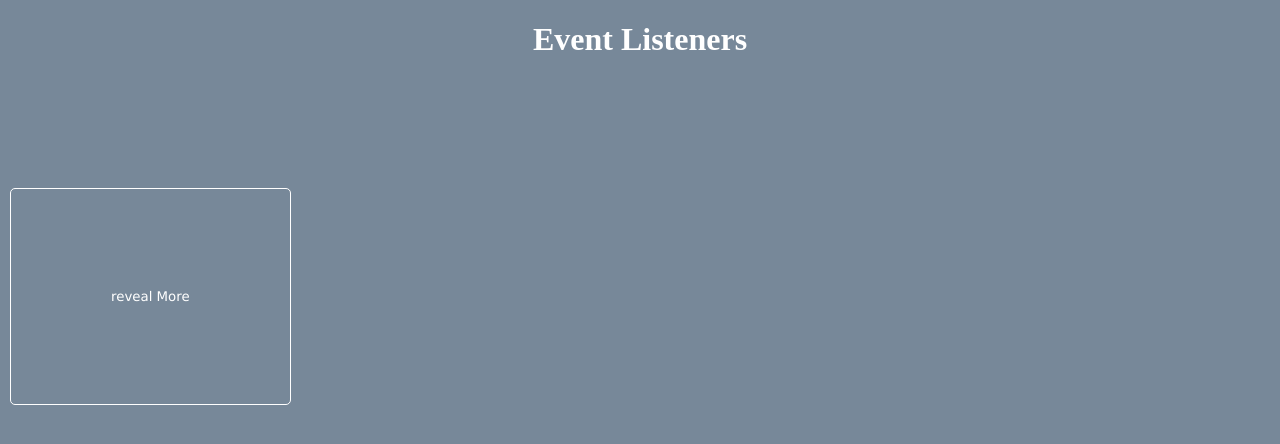
Repository: wakoya-tech/react-project
Page: Desktop/shaakala/aye/index.html
The author's editor kept a copy of each file at every save. The page is drawn from the files as they stood at one save, then again after the next save.
The browser window is 1280 px wide. The pictures show the whole page.

Above is the page before, as saved 2025-08-29 15:15:44.

### Desktop/shaakala/aye/index.html
<!DOCTYPE html>
<html lang="en">
<head>
    <meta charset="UTF-8">
    <meta name="viewport" content="width=device-width, initial-scale=1.0">
    <title>Master Dom Manipulation</title>
</head>
<style>
    body{
        background-color: lightslategrey;
        padding: 0;
        margin: 0;
        color: white;
    }
.container{
    /*border: 1px solid white ;
    margin: 30px 100px 100px 100px;
    padding: 10px;*/
    margin-top: 100px;
   /* text-align: center;
    align-items: center;*/
    display: flex;
    grid-template-columns: auto;

}
.reveal-btn.boxes{
    text-align: center;
    align-items: 100px;
    padding: 100px;
    padding-left: 100px;
}
.hidden-content.boxes{



}
#main-heading{
    align-items: center;
    text-align: center;

}
.boxes{
    font-family: Verdana, Geneva, Tahoma, sans-serif;
   /* align-items: center;
    text-align: center;*/
    border: 1px solid white ;
    margin: 30px 10px 10px 10px;
    padding-left: 20px;
    padding-top: 20px;
    padding-bottom: 20px;
}
button {
    color: white;
padding: 10%;
padding-left: 350px;
padding-right: 250px;
margin-left: 40px;
    background-color: lightslategray;
    border-radius: 5px;
    text-align: center;
    align-items: center;


}
.hidden-content {
    display: none;
}
.hidden-content.reveal-btn {
    display: block;
}


</style>
<body>
    <h1 id="main-heading">Event Listeners</h1>
    <div class="container">
        <button class="reveal-btn boxes">reveal More</button>
        <div class="hidden-content boxes">
            Lorem ipsum dolor sit amet consectetur adipisicing
            elit. Fugiat officia deleniti, ipsam ea,
            veniam fuga facilis quo, recusandae nulla
            unde ullam! Id et, sapiente fugit rem odit
            explicabo at iure illum porro autem ipsa nihil
            amet, tempore sint nostrum beatae eveniet
            ratione ipsum, quae natus
            fugiat corporis! Corporis, nulla quaerat.
        </div>
    </div>
    <script src="../aye/script.js"></script>
</body>
</html>

### Desktop/shaakala/aye/script.js
const revealBtn = document.querySelector('.reveal-btn');
const hiddenContent = document.querySelector('.hidden-content');
function revealContent() {
    if(hiddenContent.classList.contains('reveal-btn')){
        hiddenContent.classList.remove('reveal-btn')
    } else {
        hiddenContent.classList.add('reveal-btn')
    }
}
revealBtn.addEventListener('click',revealContent)

After the next save:
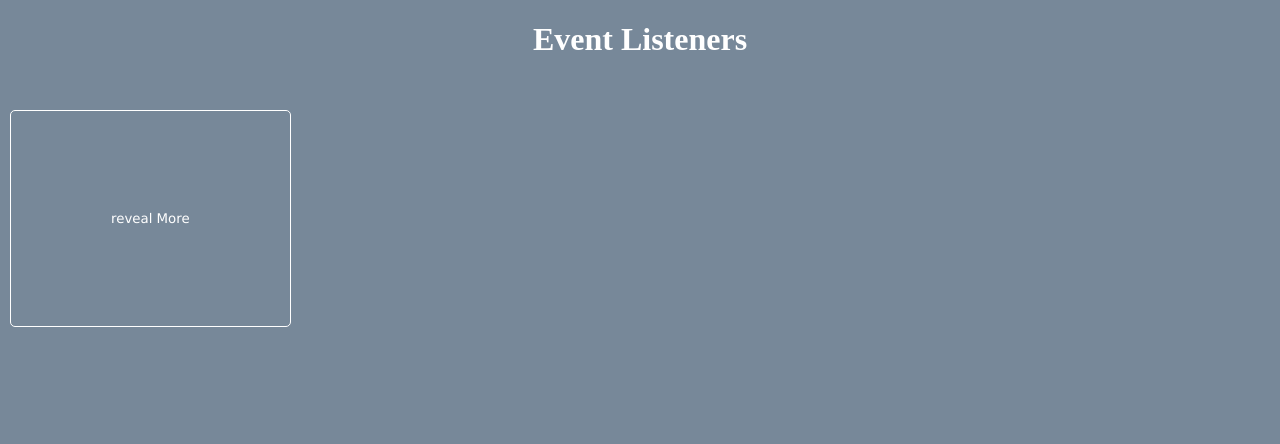
Saved 41 s later.
--- a/Desktop/shaakala/aye/index.html
+++ b/Desktop/shaakala/aye/index.html
@@ -16,7 +16,7 @@
     /*border: 1px solid white ;
     margin: 30px 100px 100px 100px;
     padding: 10px;*/
-    margin-top: 100px;
+    margin-top: 10px;
    /* text-align: center;
     align-items: center;*/
     display: flex;
